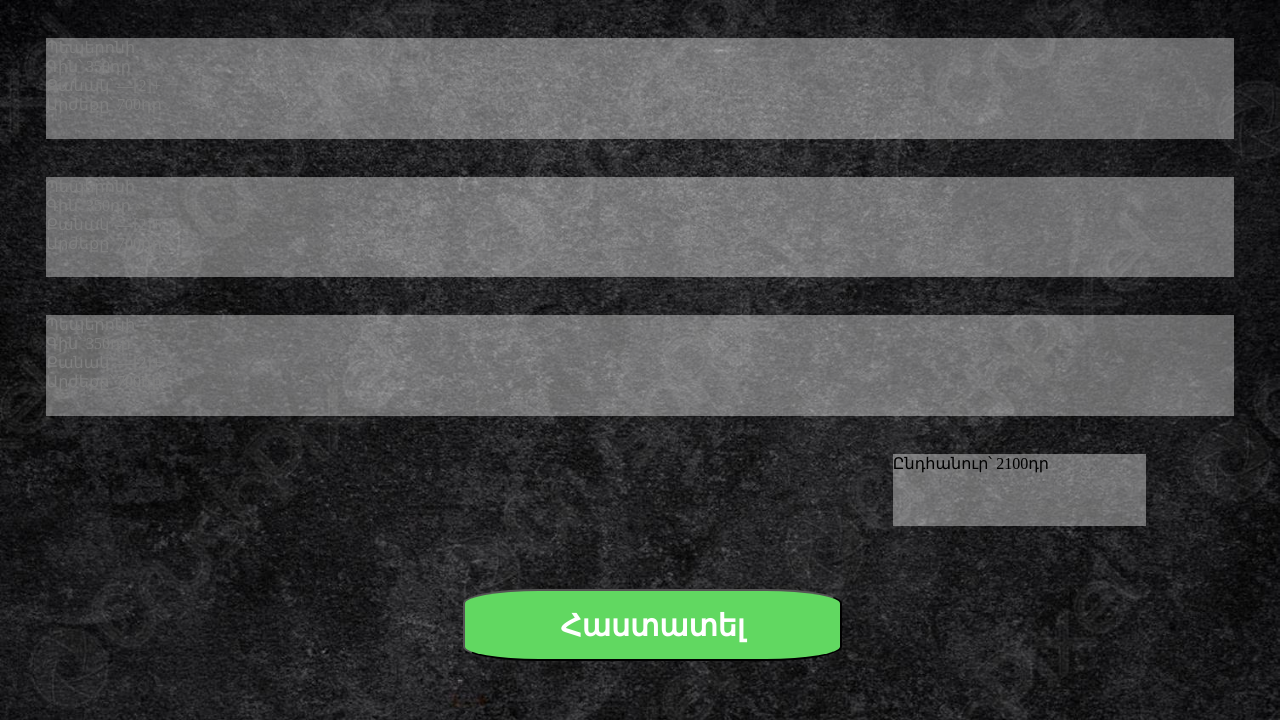
Repository: NarekTovmasyan/PizzaManue
Page: public/basket.html
The author's editor kept a copy of each file at every save. The page is drawn from the files as they stood at one save, then again after the next save.
The browser window is 1280 px wide. The pictures show the whole page.

Above is the page before, as saved 2022-01-20 14:03:30.

After the next save:
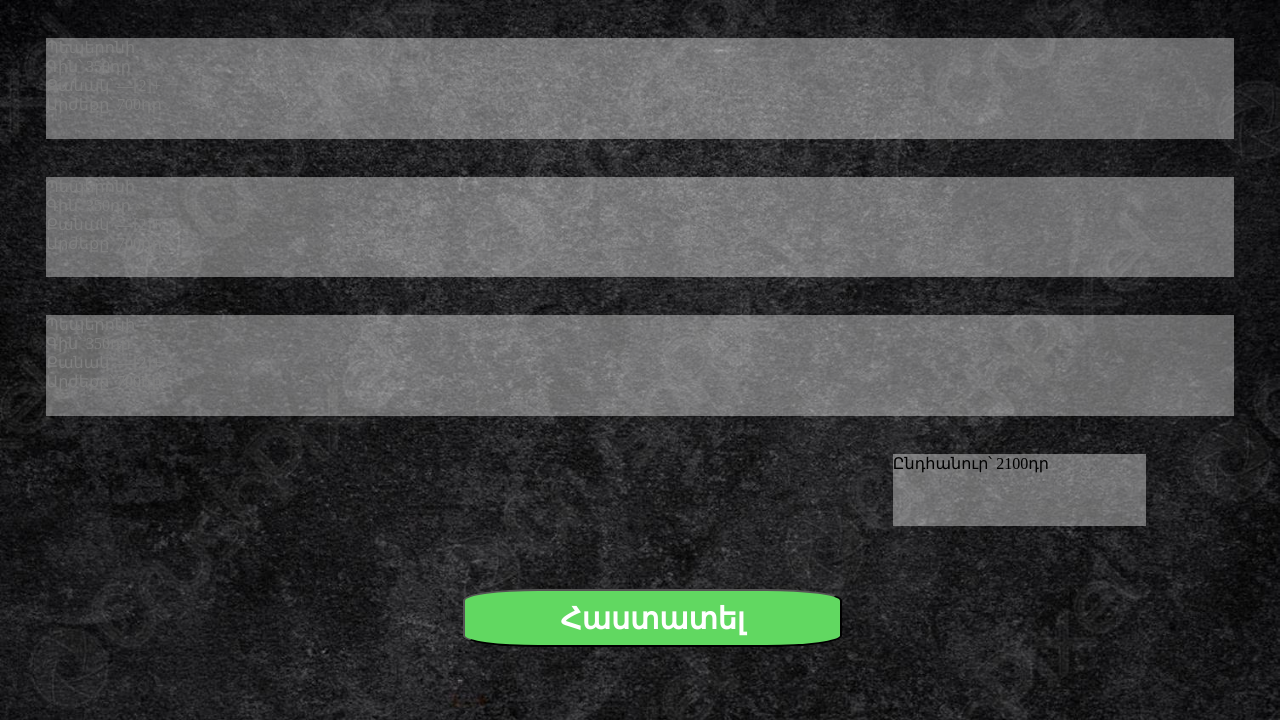
Saved 67 s later.
--- a/public/basket.css
+++ b/public/basket.css
@@ -25,7 +25,7 @@
 
 .confirm{
     background-color:rgb(97, 216, 97);
-    height: 10vh;
+    height: 8vh;
     width: 30%;
     border-radius:20%;
     text-align:center;
